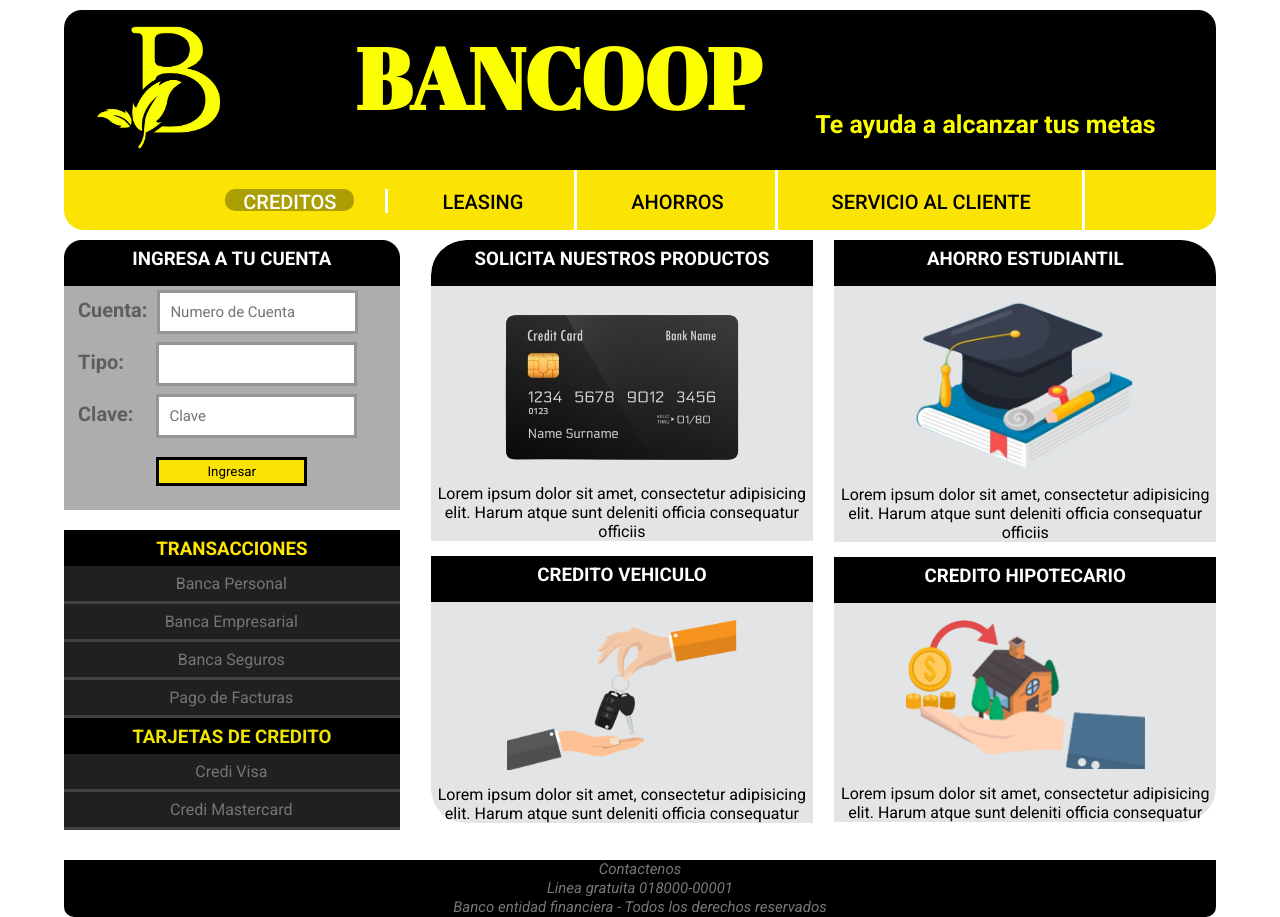
Repository: NickArregoces/BANCOOP
Page: Index.html
These files come from the project's save history. The page is drawn as it stood at one moment and after a run of saves; the edit follows.
The browser window is 1280 px wide. The pictures show the whole page.
The pointer rests on the first visible `.menu a`.

Above is the page before, as saved 2021-10-15 10:29:03.

After the next 2 saves:
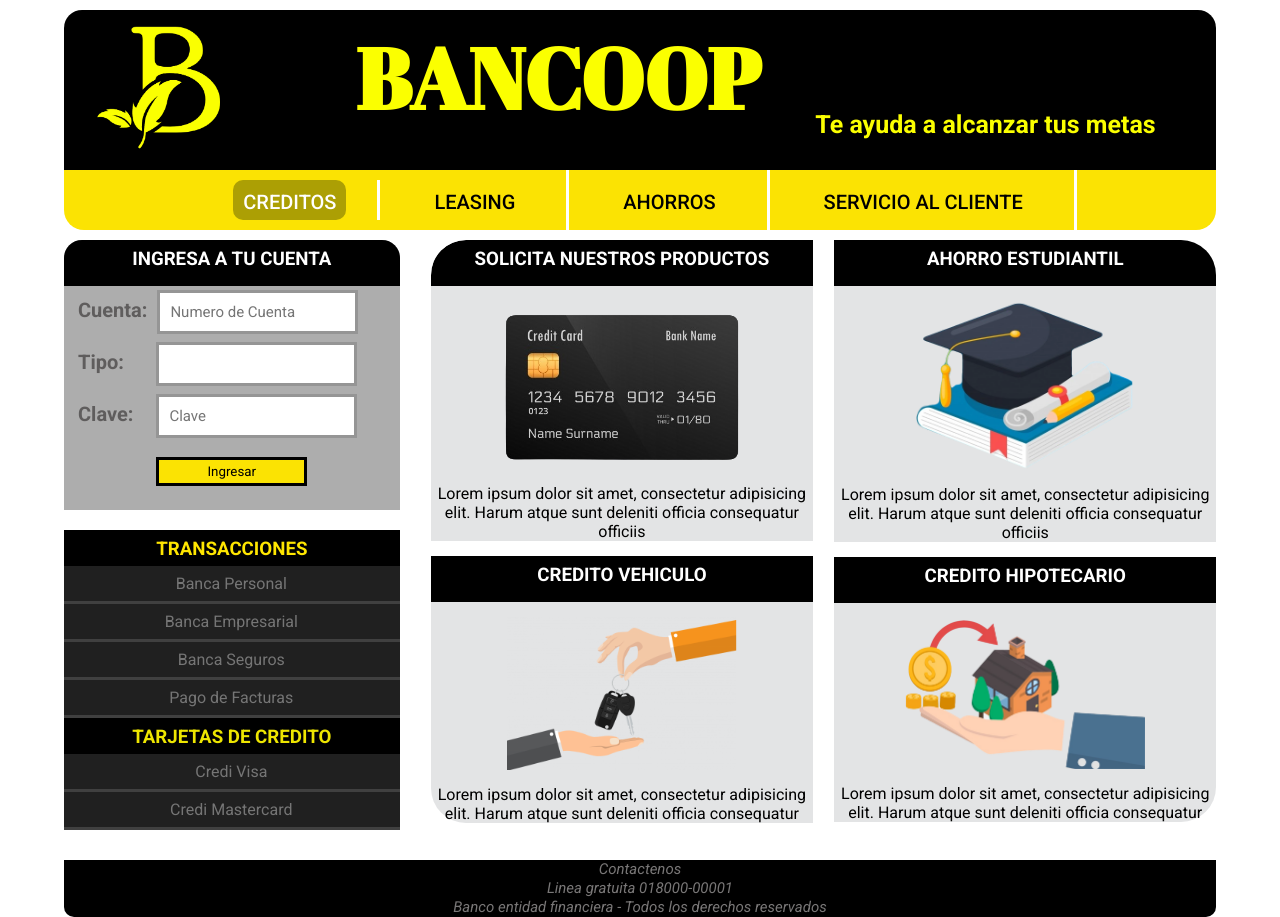
The 2 saves are shown as one change because they came seconds apart.
The last was saved 6 s later.
--- a/CSS/Style.css
+++ b/CSS/Style.css
@@ -86,7 +86,7 @@ div.navegador{
         background: #8d8405b6;
         color: white;
         border-radius: 10px;
-        padding:1px 18px;
+        padding: 10px;px 18px;
         }
 
 .section{
